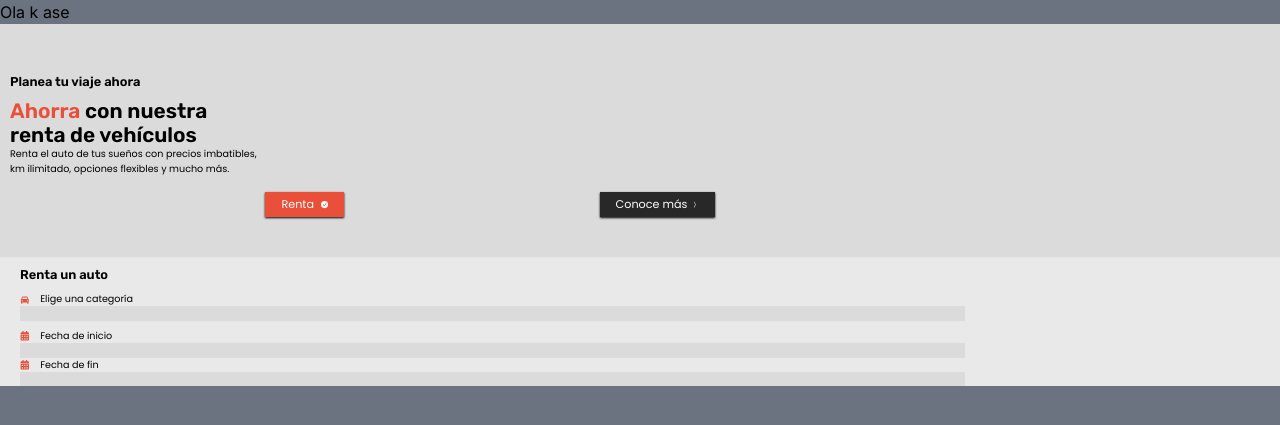
Repository: aldovelacasas/PF_RentCar2
Page: /homePage
An editor plug-in stored every save of this project. The page is shown before and after the next save, followed by the edit.
The browser window is 1280 px wide. The pictures show the whole page.
The project was rebuilt for these pictures with package versions that can differ from the ones it lists, and the page was loaded fresh each time. Some packages were replaced by stand-ins written for this rebuild. The framework's server and built-in components were replaced by stand-ins that run in the browser. Also part of the build but not shown: next.config.js.

Above is the page before, as saved 2023-08-29 20:02:30.

### src/app/layout.jsx
import "./globals.css";
import { Inter } from "next/font/google";

const inter = Inter({ subsets: ["latin"] });

export const metadata = {
  title: "Create Next App",
  description: "Generated by create next app",
};

export default function RootLayout({ children }) {
  return (
    <html lang="en">
      <body className={inter.className}>
        <h1>Ola k ase</h1>
        <div className="h-[calc(100vh-5rem)]">{children}</div>
      </body>
    </html>
  );
}

### src/app/homePage/page.jsx
import { Rubik, Poppins } from "next/font/google";
import { BsChevronCompactRight, BsCheckCircleFill } from "react-icons/bs";
import { BiSolidCar } from "react-icons/bi";
import { FaCalendarAlt } from "react-icons/fa";

const fontRubik = Rubik({
  weight: "600",
  subsets: ["latin"],
});

const fontPoppins = Poppins({
  weight: "400",
  subsets: ["latin"],
});
const poppins = fontPoppins.className;
const rubik = fontRubik.className;

function HomePage() {
  return (
    <>
      <header className={`bg-gris_fondo ${rubik} space-y-0 space-x-2.5`}>
        <p className={`pt-12 ml-2.5 text-[0.8em] mb-2`}>
          Planea tu viaje ahora
        </p>
        <p className="text-[1.3em]  leading-6">
          <span className="text-naranja_enf">Ahorra </span>
          con nuestra
        </p>
        <p className="text-[1.3em] leading-6">renta de vehículos</p>
        <p className={`${poppins} text-[0.6em] mt-2`}>
          Renta el auto de tus sueños con precios imbatibles,
        </p>
        <p className={`${poppins} text-[0.6em] pb-4`}>
          km ilimitado, opciones flexibles y mucho más.
        </p>
        <div className="flex place-content-evenly w-3/4 mt-3 pb-10">
          <button
            className={`bg-naranja_enf text-white text-[0.7em] px-4 py-1 ${poppins} shadow-sm shadow-black hover:shadow-md hover:shadow-black active:shadow-inner active:shadow-black`}>
            Renta <BsCheckCircleFill className="inline pl-1" />
          </button>
          <button
            className={`bg-negro_fondo text-white text-[0.7em] px-4 py-1 ${poppins} shadow-sm shadow-black hover:shadow-md hover:shadow-black active:shadow-inner active:shadow-black`}>
            Conoce más
            <BsChevronCompactRight className="inline pl-1 stroke-slate-100 pr-0 mr-0" />
          </button>
        </div>
      </header>
      <form className={`pt-2 ${poppins} text-[0.6em] pl-5 bg-gris_frente`}>
        <p className={`text-[0.8rem] ${rubik} mb-2`}>Renta un auto</p>
        <label htmlFor="categoria" className="">
          <BiSolidCar className="inline text-naranja_enf mr-2" /> Elige una
          categoría
        </label>
        <br />
        <input className="bg-gris_fondo w-3/4 mb-2" name="categoría" /> <br />
        <label htmlFor="fechaInicio" className="">
          <FaCalendarAlt className="inline text-naranja_enf mr-2" /> Fecha de
          inicio
        </label>
        <br />
        <input className="bg-gris_fondo w-3/4" name="fechaFin" /> <br />
        <label htmlFor="fechaFin" className="">
          <FaCalendarAlt className="inline text-naranja_enf mr-2" /> Fecha de
          fin
        </label>
        <br />
        <input className="bg-gris_fondo w-3/4" name="fechaFin" />
      </form>
    </>
  );
}

export default HomePage;

### src/app/api/products/[id]/route.js
import { NextResponse } from "next/server";
import {conn} from "@/libs/mysql"

export async function GET(request,{params}){
  try {
    const result = await conn.query("SELECT * FROM product WHERE id = ?", [params.id])
    if(result.length === 0 ){
        return NextResponse.json(
         {
            message: "producto no encontrado",
         },
         {
            status:404,
         }
        );
    }
    return NextResponse.json(result[0])
  } catch (error) {
    return NextResponse.json(
        {
            message:error.message,
        },
        {status: 500}
    )
  }
}

export async function DELETE (request,{params} ){
    try {
     const result = await conn.query("DELETE FROM product WHERE id = ?", [params.id]);
     if(result.affectedRows === 0){
         return NextResponse.json({message:"Producto no encontrado"},{status:404})
     }

     return new Response (null, {status: 204})
 } catch (error) {
     return NextResponse.json({message:error.message},{status:500})
 }
    }

export async  function PUT(request, {params}){
   try {
    const data = await request.json()
    const result = await conn.query("UPDATE product SET ? WHERE id = ?", [data , params.id])

    if (result.affectedRows === 0) {
        return NextResponse.json(
        {
            message: "producto no encontrado",
        },
        {
            status: 400,
        }
        )
    }
     const updateProduct = await conn.query("SELECT * FROM product WHERE id = ?", [params.id])

  return NextResponse.json(updateProduct[0])

   } catch (error) {
    return NextResponse.json(
        {
            message: error.message,
        },
        { status: 500}
    )
   }
}

### src/app/api/products/route.js
import { NextResponse } from "next/server";
import {conn} from "@/libs/mysql";

export async function GET(){
    try {
        const results = await conn.query("SELECT * FROM product");
        return NextResponse.json(results)

    } catch (error) {
        return NextResponse.json(
        {
          message: error.message,
        },
        {
            status:500,
        }

        );
    }
}

    export async function POST (request) {
  try {
    const {name, price, year, model, capacity, type, description, image, transmission,  }= await request.json();

    const result  = await conn.query("INSERT INTO product SET ?", {
        name,
        price,
        year,
        model,
        capacity,
        type,
        transmission,
        image,
        description

    })

    return NextResponse.json({
        name,
        price,
        year,
        model,
        capacity,
        type,
        transmission,
        image,
        description,
        id: result.insertId,

    })

  } catch (error) {
    console.log(error);
    return NextResponse.json(
    {
        message: error.message,
    },
    {
        status:500,
    }
    );
  }

}

### src/app/globals.css
@tailwind base;
@tailwind components;
@tailwind utilities;

body {
   @apply bg-gray-500; /* Fondo más claro */
   color: gray-800; /* Texto oscuro */
}

### tailwind.config.js
/** @type {import('tailwindcss').Config} */
module.exports = {
  content: [
    "./src/pages/**/*.{js,ts,jsx,tsx,mdx}",
    "./src/components/**/*.{js,ts,jsx,tsx,mdx}",
    "./src/app/**/*.{js,ts,jsx,tsx,mdx}",
  ],
  theme: {
    extend: {
      backgroundImage: {
        "gradient-radial": "radial-gradient(var(--tw-gradient-stops))",
        "gradient-conic":
          "conic-gradient(from 180deg at 50% 50%, var(--tw-gradient-stops))",
      },
      colors: {
        gris_fondo: "#dbdbdb",
        gris_frente: "#e9e9e9",
        negro_fondo: "#282828",
        naranja_enf: "#ea4f39",
        rojo_status: "#e30613",
        verde_status: "#4aaf4d",
        amarillo_status: "#f0e400",
      },
    },
  },
  plugins: [],
};

Loaded but not shown: src/app/api/bookings/[id]/route.js (no copy from this time; the picture is the same without it); src/app/api/bookings/route.js (no copy from this time; the picture is the same without it); src/app/api/create-payment-intent/route.js (no copy from this time; the picture is the same without it); src/app/api/post/[id]/route.js (no copy from this time; the picture is the same without it); src/app/api/post/route.js (no copy from this time; the picture is the same without it); src/app/api/users/[id]/route.js (no copy from this time; the picture is the same without it); src/app/api/users/route.js (no copy from this time; the picture is the same without it)

After the next save:
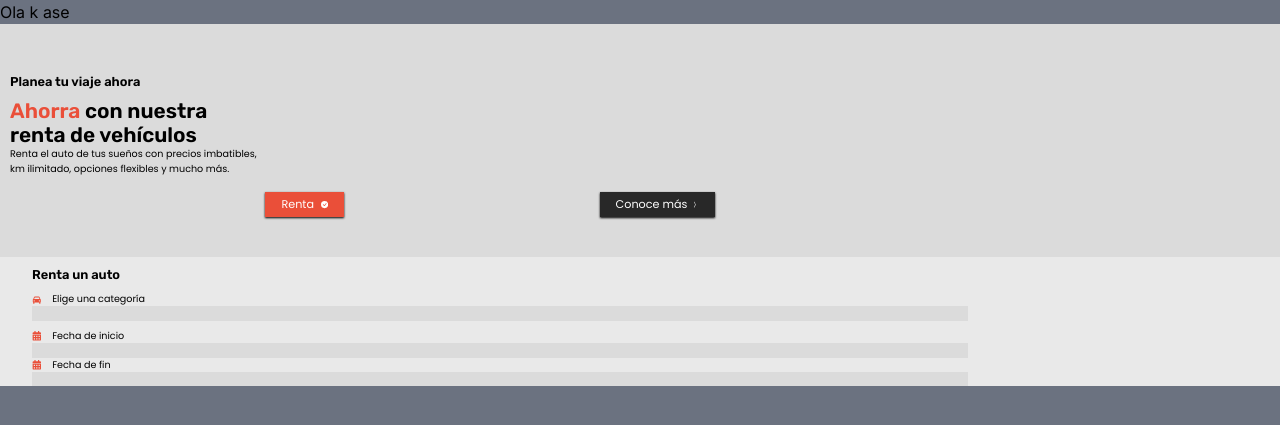
Saved 5 s later.
--- a/src/app/homePage/page.jsx
+++ b/src/app/homePage/page.jsx
@@ -45,7 +45,7 @@ function HomePage() {
           </button>
         </div>
       </header>
-      <form className={`pt-2 ${poppins} text-[0.6em] pl-5 bg-gris_frente`}>
+      <form className={`pt-2 ${poppins} text-[0.6em] pl-8 bg-gris_frente`}>
         <p className={`text-[0.8rem] ${rubik} mb-2`}>Renta un auto</p>
         <label htmlFor="categoria" className="">
           <BiSolidCar className="inline text-naranja_enf mr-2" /> Elige una
